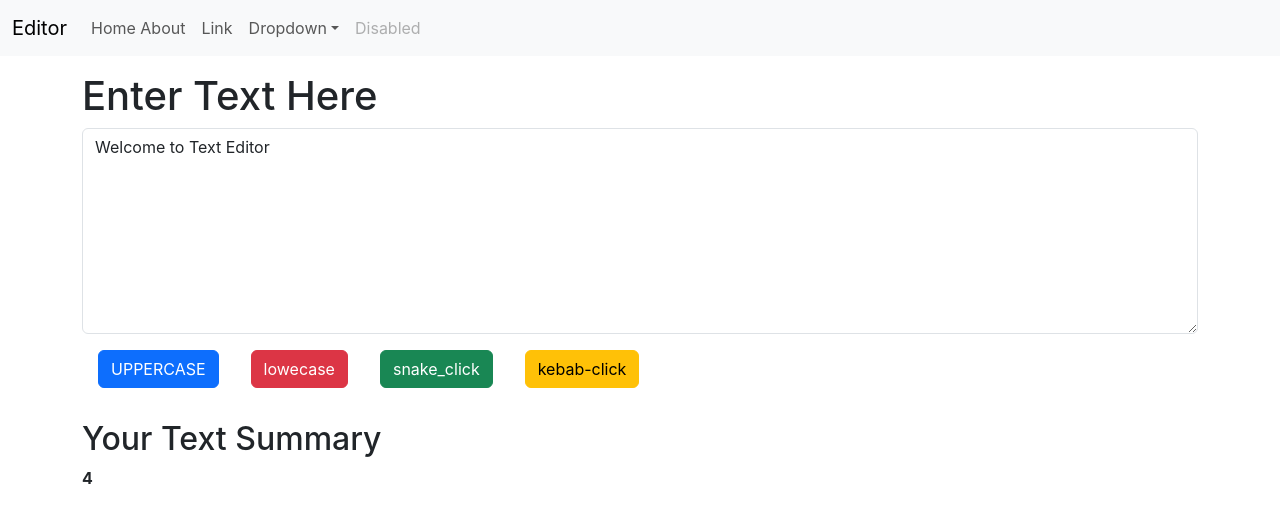
Repository: Shubham-tawar/Text-editor
Page: /
The author's editor kept a copy of each file at every save. The page is drawn from the files as they stood at one save, then again after a run of saves.
The browser window is 1280 px wide. The pictures show the whole page.
The project was rebuilt for these pictures with package versions that can differ from the ones it lists, and the page was loaded fresh each time. Also part of the build but not shown: src/App.css.

Above is the page before, as saved 2025-07-07 16:43:28.

### public/index.html
<!DOCTYPE html>
<html lang="en">
  <head>
    <meta charset="utf-8" />
    <link rel="icon" href="%PUBLIC_URL%/favicon.ico" />
    <meta name="viewport" content="width=device-width, initial-scale=1" />
    <meta name="theme-color" content="#000000" />
    <meta
      name="description"
      content="Web site created using create-react-app"
    />
    <link rel="apple-touch-icon" href="%PUBLIC_URL%/logo192.png" />
    <!--
      manifest.json provides metadata used when your web app is installed on a
      user's mobile device or desktop. See https://developers.google.com/web/fundamentals/web-app-manifest/
    -->
    <link rel="manifest" href="%PUBLIC_URL%/manifest.json" />
    <!--
      Notice the use of %PUBLIC_URL% in the tags above.
      It will be replaced with the URL of the `public` folder during the build.
      Only files inside the `public` folder can be referenced from the HTML.

      Unlike "/favicon.ico" or "favicon.ico", "%PUBLIC_URL%/favicon.ico" will
      work correctly both with client-side routing and a non-root public URL.
      Learn how to configure a non-root public URL by running `npm run build`.
    -->
    <link href="https://cdn.jsdelivr.net/npm/bootstrap@5.3.7/dist/css/bootstrap.min.css" rel="stylesheet" integrity="sha384-LN+7fdVzj6u52u30Kp6M/trliBMCMKTyK833zpbD+pXdCLuTusPj697FH4R/5mcr" crossorigin="anonymous">
    <title>React App</title>
  </head>
  <body>
    <noscript>You need to enable JavaScript to run this app.</noscript>
    <div id="root"></div>
    <!--
      This HTML file is a template.
      If you open it directly in the browser, you will see an empty page.

      You can add webfonts, meta tags, or analytics to this file.
      The build step will place the bundled scripts into the <body> tag.

      To begin the development, run `npm start` or `yarn start`.
      To create a production bundle, use `npm run build` or `yarn build`.
    -->
    <script src="https://cdn.jsdelivr.net/npm/bootstrap@5.3.7/dist/js/bootstrap.bundle.min.js" integrity="sha384-ndDqU0Gzau9qJ1lfW4pNLlhNTkCfHzAVBReH9diLvGRem5+R9g2FzA8ZGN954O5Q" crossorigin="anonymous"></script>
  </body>
</html>

### src/App.js

import './App.css';
import Navbar from './components/Navbar';
import Textform from './components/Textform';

function App() {
  return (
    <>
    <Navbar title="Editor" aboutText="About"/>
    <Textform heading = "Enter Text Here"/>
    </>
  );
}

export default App;

### src/components/Navbar.js
import React from 'react'
import PropTypes from 'prop-types'
export default function Navbar(props) {
  return (
    <>
    <nav className="navbar navbar-expand-lg navbar-light bg-light">
        <div className="container-fluid">
            <a className="navbar-brand" href="/">{props.title}</a>
            <button className="navbar-toggler" type="button" data-toggle="collapse" data-target="#navbarSupportedContent" aria-controls="navbarSupportedContent" aria-expanded="false" aria-label="Toggle navigation">
                <span className="navbar-toggler-icon"></span>
            </button>

            <div className="collapse navbar-collapse" id="navbarSupportedContent">
                <ul className="navbar-nav mr-auto">
                <li className="nav-item active">
                    <a className="nav-link" href="/">Home <span className="sr-only">{props.aboutText}</span></a>
                </li>
                <li className="nav-item">
                    <a className="nav-link" href="/">Link</a>
                </li>
                <li className="nav-item dropdown">
                    <a className="nav-link dropdown-toggle" href="/" id="navbarDropdown" role="button" data-toggle="dropdown" aria-haspopup="true" aria-expanded="false">
                    Dropdown
                    </a>
                    <div className="dropdown-menu" aria-labelledby="navbarDropdown">
                    <a className="dropdown-item" href="/">Action</a>
                    <a className="dropdown-item" href="/">Another action</a>
                    <div className="dropdown-divider"></div>
                    <a className="dropdown-item" href="/">Something else here</a>
                    </div>
                </li>
                <li className="nav-item">
                    <a className="nav-link disabled" href="/">Disabled</a>
                </li>
                </ul>

            </div>
        </div>

    </nav>
    </>
  )
}

Navbar.propTypes = {
    title: PropTypes.string,
    aboutText: PropTypes.string
}

### src/components/Textform.js
import React, {useState} from 'react'
import PropTypes from 'prop-types'


export default function Textform(props) {
    const [text, setText] = useState("Welcome to Text Editor");

    function handleUpClick(){
        console.log("Uppercase was clicked");
        let newText = text.toUpperCase();
        setText(newText);
    }

    function handleLowClick(){
        console.log("Lowercase was clicked");
        let newText = text.toLowerCase();
        setText(newText);
    }
    function handleSnakeClick(){
        console.log("Snake Case was clicked");
        let newText = text.replace(/\s+/g, '_').toLowerCase();
        setText(newText);
    }
    function handleKebabClick(){
        console.log("Kebab Case was clicked");
        let newText = text.replace(/_/g, '-').toLowerCase();
        setText(newText);
    }
    function handleOnChange(event){  // able to change teh text in the textarea
        setText(event.target.value);
    }

    return (
        <>
        <form className='container my-3'>

            <div className="form-group">
                <h1>{props.heading}</h1>
                <textarea className="form-control" id="exampleFormControlTextarea1" onChange={handleOnChange} rows="8" value={text} placeholder='Text Area'></textarea>
            </div>
            <button type='button' className="btn btn-primary m-3" onClick={handleUpClick}>UPPERCASE</button>
            <button type='button' className="btn btn-danger m-3" onClick={handleLowClick}>lowecase</button>
            <button type='button' className="btn btn-success m-3" onClick={handleSnakeClick}>snake_click</button>
            <button type='button' className="btn btn-warning m-3" onClick={handleKebabClick}>kebab-click</button>
        </form>
        <div className="container">
            <h2>Your Text Summary</h2>
            <p><b>{text.split(' ').length}</b></p>
        </div>

        </>
    )
}

Textform.propTypes = {
    heading: PropTypes.string
}

Textform.defaultProps = {
    heading: "Enter Text Here"
}

Loaded but not shown: src/index.js (common file); src/index.css (common file); src/reportWebVitals.js (common file)

After the next 3 saves:
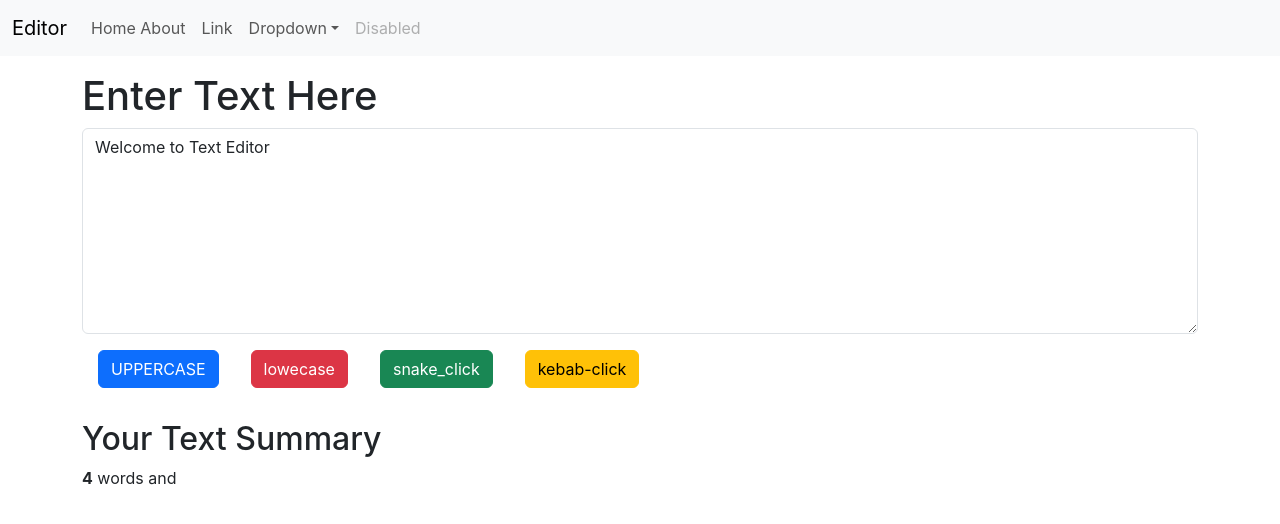
The 3 saves are shown as one change because they came seconds apart.
The last was saved 13 s later.
--- a/src/components/Textform.js
+++ b/src/components/Textform.js
@@ -45,7 +45,7 @@ export default function Textform(props) {
         </form>
         <div className="container">
             <h2>Your Text Summary</h2>
-            <p><b>{text.split(' ').length}</b></p>
+            <p><b>{text.split(' ').length}</b> words and {}</p>
         </div>
 
         </>
